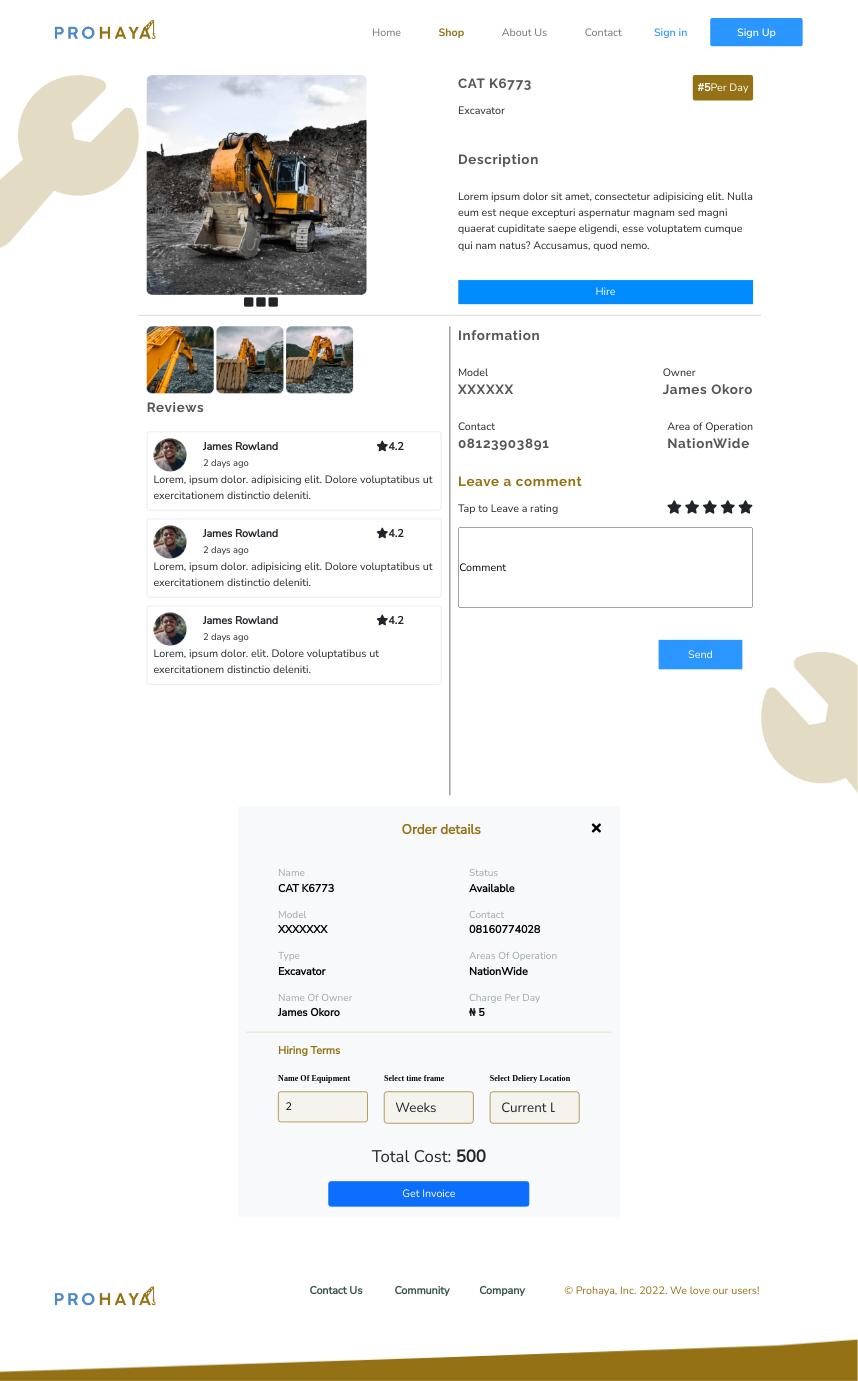
Repository: stormcelltech/Prohaya-UI
Page: equipdetails.html
These files come from the project's save history. The page is drawn as it stood at one moment and after the next save; the edit follows.
The browser window is 1280 px wide. The pictures show the whole page, at 67% of full size.
Some web libraries are served in a nearby version.

Above is the page before, as saved 2022-04-20 10:44:25.
Console error: TypeError: $(...).owlCarousel is not a function

### equipdetails.html
<!DOCTYPE html>
<html lang="en">
<head>
    <meta charset="UTF-8">
    <meta http-equiv="X-UA-Compatible" content="IE=edge">
    <meta name="viewport" content="width=device-width, initial-scale=1.0">
    <title>Equipment Details</title>
    <script src="./assets/js/jquery-3.6.0.js"></script>
    <script src="./assets/bootstrap/dist/js/bootstrap.bundle.js"></script>
    <link rel="stylesheet" href="assets/bootstrap/dist/css/bootstrap.css">
    <link rel="stylesheet" href="./assets/css/custom.css">
    <link rel="stylesheet" href="./assets/css/carousel.css">
    <script src="https://kit.fontawesome.com/151ccf5101.js" crossorigin="anonymous"></script>
    <link rel="stylesheet" href="assets/fontawesome/css/all.css">

</head>

<body>
    <nav class="navbar navbar-expand-lg navbar-light custom-navWidth bg-light">
        <div class="container">
            <a class="navbar-brand" href="#"><img src="assets/img/logo/logo.png" class="logo" alt=""></a>
            <button class="navbar-toggler" type="button" data-bs-toggle="collapse" data-bs-target="#navbarSupportedContent" aria-controls="navbarSupportedContent" aria-expanded="false" aria-label="Toggle navigation">
            <span class="navbar-toggler-icon"></span>
          </button>
            <div class="collapse navbar-collapse" id="navbarSupportedContent">
                <ul class="navbar-nav custom-nav-link ms-auto mb-2 mb-lg-0">
                    <li class="nav-item">
                        <a class="nav-link" aria-current="page" href="#">Home</a>
                    </li>
                    <li class="nav-item">
                        <a class="nav-link active custom-active" href="shop.html">Shop</a>
                    </li>

                    <li class="nav-item">
                        <a class="nav-link" href="#">About Us</a>
                    </li>

                    <li class="nav-item">
                        <a class="nav-link" href="#">Contact</a>
                    </li>
                </ul>
                <div class="custom-nav-btn-container">
                    <a href="login.html" class="signin-link">Sign in</a>
                    <a href="signup.html" class="custom-btn-primary">Sign Up</a>
                </div>
            </div>
        </div>
    </nav>




        <div class="equip-detail py-3">
           <div class="flexend"> <!--row-->
                <div class="spann">  <!--col col-md-2 col-sm-12 -->
                   <img src="./assets/img/background/Vector.png" alt="">
                </div>

              <div class="equipmain "> <!--col col-md-8 col-sm-12 -->
                <div class="container">
                    <div class="row">
                         <div class="img-main col col-sm-12 col-md-6">
                             <img src="./assets/img/background/unsplash_1je5j4aN2RI.jpg">
                              <div class="dots">
                                <i class="fa-solid fa-square"></i>
                                <i class="fa-solid fa-square"></i>
                                <i class="fa-solid fa-square"></i>
                              </div>
                         </div>
                         <div class="col col-md-6 col-sm-12">
                            <div class="direct">
                                <div class="left">
                                    <h4><strong>CAT K6773</strong></h4>
                                    <p>Excavator</p>
                                </div>
                                <div class="right">
                                      <button class="mybtn" style="color: white;"><strong>#5</strong>Per Day</button>
                                </div>
                            </div>
                            <div class="text-area py-3">
                                <h4 class="py-3"><strong>Description</strong></h4>
                                <p class="pb-4">Lorem ipsum dolor sit amet, consectetur adipisicing elit.
                                   Nulla eum est neque excepturi aspernatur magnam sed magni
                                   quaerat cupiditate saepe eligendi, esse voluptatem cumque
                                   qui nam natus? Accusamus, quod nemo.</p>
                                   <div class="mybtn">Hire</div>
                            </div>
                         </div>
                    </div>
                    <div class="two">


                        <div class="row flex">
                            <hr>
                            <div class="left col col-md-6 col-sm-12">
                               <img src="./assets/img/background/unsplash_fO58WAxzE68.jpg" alt="">
                               <img src="./assets/img/background/unsplash_hGncIpZnSBw.jpg" alt="">
                               <img src="./assets/img/background/unsplash_WoZs8gGyQBY.jpg" alt="">
                               <h4 class="py-2"><strong>Reviews</strong></h4>
                               <div class="border">
                                   <div class="row ">
                                       <div class="col col-md-2 col-sm-12"><img src="./assets/img/background/unsplash_2EGNqazbAMk.jpg" alt="" style="width:50px ;"></div>
                                       <div class="col col-md-7 col-sm-12"><strong>James Rowland</strong><br><span class="primary"><small>2 days ago</small></span></div>
                                       <div class="col col-md-3 col-sm-12"><i class="fa-solid fa-star"></i><strong>4.2</strong></div>
                                   </div>
                                    Lorem, ipsum dolor. adipisicing elit. Dolore voluptatibus ut exercitationem distinctio deleniti.
                               </div>
                               <div class="border">
                                   <div class="row ">
                                       <div class="col col-md-2 col-sm-12"><img src="./assets/img/background/unsplash_2EGNqazbAMk.jpg" alt="" style="width:50px ;"></div>
                                       <div class="col col-md-7 col-sm-12"><strong>James Rowland</strong><br><span><small>2 days ago</small></span></div>
                                       <div class="col col-md-3 col-sm-12"><i class="fa-solid fa-star"></i><strong>4.2</strong></div>
                                   </div>
                                   Lorem, ipsum dolor. adipisicing elit. Dolore voluptatibus ut exercitationem distinctio deleniti.
                               </div>
                               <div class="border">
                                   <div class="row ">
                                       <div class="col col-md-2 col-sm-12"><img src="./assets/img/background/unsplash_2EGNqazbAMk.jpg" alt="" style="width:50px ;"></div>
                                       <div class="col col-md-7 col-sm-12"><strong>James Rowland</strong><br><span><small>2 days ago</small></span></div>
                                       <div class="col col-md-3 col-sm-12"><i class="fa-solid fa-star"></i><strong>4.2</strong></div>
                                   </div>
                                  Lorem, ipsum dolor. elit. Dolore voluptatibus ut exercitationem distinctio deleniti.
                               </div>
                            </div>

                            <div class="right col col-md-6 col-sm-12">
                                <h4><strong>Information</strong></h4>
                                <div class="flex-item pt-3">
                                    <div class="one">Model<h4><strong>XXXXXX</strong></h4></div>
                                    <div class="two">Owner<h4><strong>James Okoro</strong></h4></div>
                                </div>
                                <div class="flex-item pt-3">
                                    <div class="one">Contact<h4><strong>08123903891</strong></h4></div>
                                    <div class="two">Area of Operation<h4><strong>NationWide</strong></h4></div>
                                </div>
                                <h4 class="pt-3" style="color: #937114;"><strong>Leave a comment</strong></h4>
                                <div class="star-area">
                                    <div class="rate"><p>Tap to Leave a rating</p></div>
                                    <div class="rate">
                                        <i class="fa-solid fa-star"></i>
                                        <i class="fa-solid fa-star"></i>
                                        <i class="fa-solid fa-star"></i>
                                        <i class="fa-solid fa-star"></i>
                                        <i class="fa-solid fa-star"></i>
                                    </div>
                                </div>
                                <form class="equip-detail-form">
                                    <input type="text" id="fname" name="firstname" placeholder="Comment">
                                </form>
                                <button class="mybttn mt-5">Send</button>

                            </div>


                        </div>


                   </div>
                </div>

              </div>

                <div class="spa"> <!--col col-md-2 col-sm-12ss-->
                    <img src="./assets/img/background/Vector.jpg" alt="">
                </div>
           </div>
        </div>






    <section class="">
        <div class="container">
            <div class="row  justify-content-center">
                <div class="col-6 bg-light m-auto">
                    <div class="row  custom-order px-3">
                        <div class="col-8 my-4"><span class="custom-det my-4">Order details</span></div>
                        <div class="col-4 my-4 d-none d-lg-block"><a href="#"><i class="fas fa-xmark custom-xmark "></i></a></div>
                    </div>
                    <div class="row my-3">
                        <div class="col-6">
                            <div class="row px-5 text-start">
                                <span class="custom-name-span">Name</span>
                                <span class="custom-cat-span ">CAT K6773</span>
                            </div>
                        </div>
                        <div class="col-6">
                            <div class="row px-5 text-start">
                                <span class="custom-name-span">Status</span>
                                <span class="custom-cat-span">Available</span>
                            </div>
                        </div>
                    </div>
                    <div class="row my-3">
                        <div class="col-6">
                            <div class="row px-5 text-start">
                                <span class="custom-name-span">Model</span>
                                <span class="custom-cat-span">XXXXXXX</span>
                            </div>
                        </div>
                        <div class="col-6">
                            <div class="row px-5 text-start">
                                <span class="custom-name-span">Contact</span>
                                <span class="custom-cat-span">08160774028</span>
                            </div>
                        </div>
                    </div>
                    <div class="row my-3">
                        <div class="col-6">
                            <div class="row px-5 text-start">
                                <span class="custom-name-span">Type</span>
                                <span class="custom-cat-span">Excavator</span>
                            </div>
                        </div>
                        <div class="col-6">
                            <div class="row px-5 text-start">
                                <span class="custom-name-span">Areas Of Operation</span>
                                <span class="custom-cat-span">NationWide</span>
                            </div>
                        </div>
                    </div>
                    <div class="row my-3">
                        <div class="col-6">
                            <div class="row px-5 text-start">
                                <span class="custom-name-span">Name Of Owner</span>
                                <span class="custom-cat-span">James Okoro</span>
                            </div>
                        </div>
                        <div class="col-6">
                            <div class="row px-5 text-start">
                                <span class="custom-name-span">Charge Per Day</span>
                                <span class="custom-cat-span">₦ 5</span>
                            </div>
                        </div>
                    </div>

                    <div>
                        <hr class="custom-hr-color">
                    </div>
                    <div class="row my-3">
                        <div class="col-12">
                            <div class="row px-5 text-start">
                                <span class="custom-terms">Hiring Terms</span>
                            </div>
                        </div>
                    </div>
                    <form action="">
                        <div class="row my-3 px-5">
                            <div class="col-4">
                                <div class=" ">
                                    <label for="exampleFormControlInput1" class="form-label custom-entry">Name Of Equipment</label>
                                    <input type="text" class="form-control custom-deliver" id="exampleFormControlInput1" placeholder="2">
                                </div>
                            </div>
                            <div class="col-4">
                                <div class="">
                                    <label for="exampleFormControlInput1" class="form-label custom-entry">Select time frame</label>
                                    <select class="form-select custom-delivery form-select-lg mb-3" aria-label=".form-select-lg example">
                                        <option selected>Weeks</option>
                                        <option value="1">1</option>
                                        <option value="2">2</option>
                                        <option value="3">3</option>
                                      </select>
                                </div>
                            </div>
                            <div class="col-4">
                                <div class="">
                                    <label for="exampleFormControlInput1" class="form-label custom-entry">Select Deliery Location</label>
                                    <select class="form-select custom-delivery form-select-lg mb-3" aria-label=".form-select-lg example">
                                        <option selected>Current Location</option>
                                        <option value="1">Port Harcourt</option>
                                        <option value="2">Lagos</option>
                                        <option value="3">Abuja</option>
                                      </select>
                                </div>
                            </div>
                        </div>
                        <div class="row ">
                            <span class="text-center custom-cost">Total Cost: <strong>500</strong></span>
                        </div>
                        <div class="row custom-invoice-div my-3">
                            <button type="submit" class="btn btn-primary custom-invoice-btn">Get Invoice</button>
                        </div>
                    </form>



                </div>
            </div>
        </div>

    </section>




    <footer class="footer-settings">
        <div class="container">
            <div class="row mt-5">
                <div class="col-md-12">
                    <div class="row">
                        <div class="col-md-4">
                            <div class="logo-brand">
                                <img src="./assets/img/logo/logo.png" alt="">
                            </div>
                        </div>
                        <div class="col-md-4">
                            <div class="col-md-12">
                                <div class="row">
                                    <div class="col-md-4">
                                        <a href="#" class="footer-link">Contact Us</a>
                                    </div>
                                    <div class="col-md-4">
                                        <a href="#" class="footer-link">Community</a>
                                    </div>
                                    <div class="col-md-4">
                                        <a href="#" class="footer-link">Company</a>
                                    </div>
                                </div>
                            </div>
                        </div>
                        <div class="col-md-4">
                            <div class="footer-copyright">
                                © Prohaya, Inc. 2022. We love our users!
                            </div>
                        </div>
                    </div>
                </div>
            </div>


        </div>

    </footer>

    <div class="footer-cover">
    </div>









    <script src="./assets/js/slider.js"></script>

</body>
</html>

Loaded but not shown: assets/js/jquery-3.6.0.js (library); assets/bootstrap/dist/js/bootstrap.bundle.js (library); assets/bootstrap/dist/css/bootstrap.css (library); assets/fontawesome/css/all.css (library); assets/js/slider.js (95 lines, source omitted); assets/css/custom.css (1464 lines, source omitted); assets/css/carousel.css (558 lines, source omitted)

After the next save:
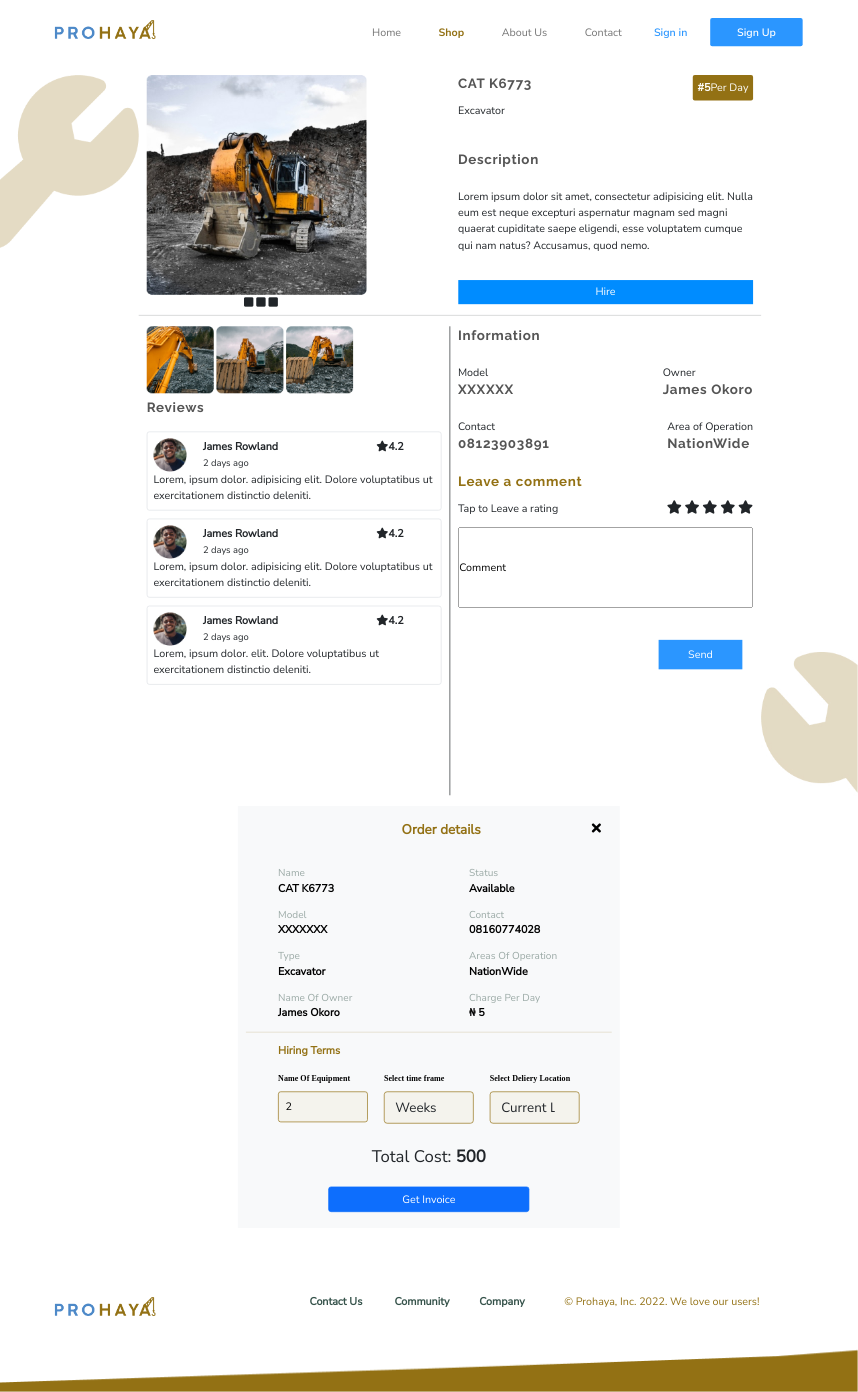
Saved 13 s later.
--- a/equipdetails.html
+++ b/equipdetails.html
@@ -280,7 +280,7 @@
                         <div class="row ">
                             <span class="text-center custom-cost">Total Cost: <strong>500</strong></span>
                         </div>
-                        <div class="row custom-invoice-div my-3">
+                        <div class="row custom-invoice-div my-4">
                             <button type="submit" class="btn btn-primary custom-invoice-btn">Get Invoice</button>
                         </div>
                     </form>
